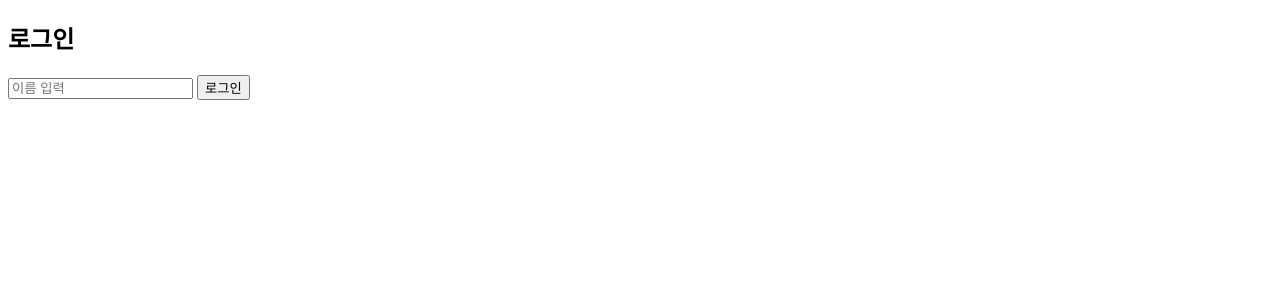
Repository: taiseidesu97/space_jspworks
Page: http://localhost/jweb0/cart/loginForm.jsp
An editor plug-in stored every save of this project. The page is shown before and after the next save, followed by the edit.
The browser window is 1280 px wide. The pictures show the whole page.
The page is served by Tomcat 10. Other server files are loaded and not shown.

Above is the page before, as saved 2025-10-13 03:05:28.

### jweb0/src/main/webapp/cart/loginForm.jsp
<%@ page language="java" contentType="text/html; charset=UTF-8"
    pageEncoding="UTF-8"%>
<!DOCTYPE html>
<html>
<head>
<meta charset="UTF-8">
<title>로그인 폼</title>
</head>
<body>
<section id="container">
<h2>로그인</h2>
<form action="selProduct.jsp" method="post">
<p>
<input type="text" name="username" placeholder="이름 입력">
<input type="submit" value="로그인">
</p>
</form>
</section>

</body>
</html>

After the next save:
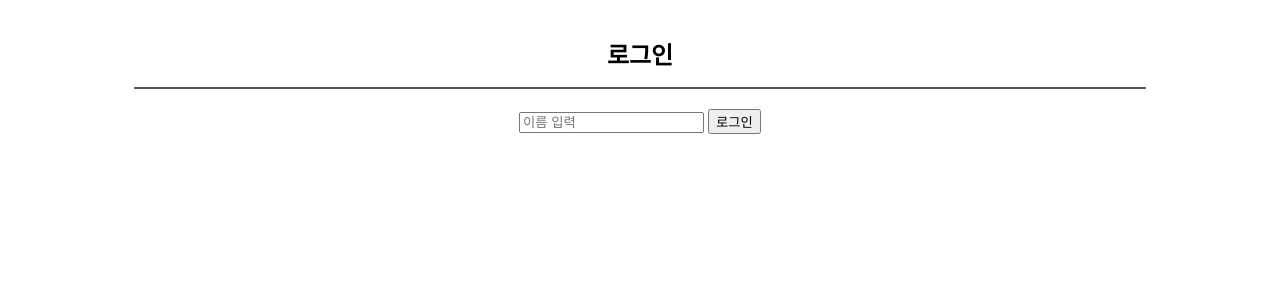
Saved 2 min 0 s later.
--- a/jweb0/src/main/webapp/cart/loginForm.jsp
+++ b/jweb0/src/main/webapp/cart/loginForm.jsp
@@ -5,6 +5,10 @@
 <head>
 <meta charset="UTF-8">
 <title>로그인 폼</title>
+<style>
+	#container{width: 80%; margin: 0 auto; text-align: center;}
+	h2{border-bottom: 2px solid #555; padding: 16px}
+</style>
 </head>
 <body>
 <section id="container">
